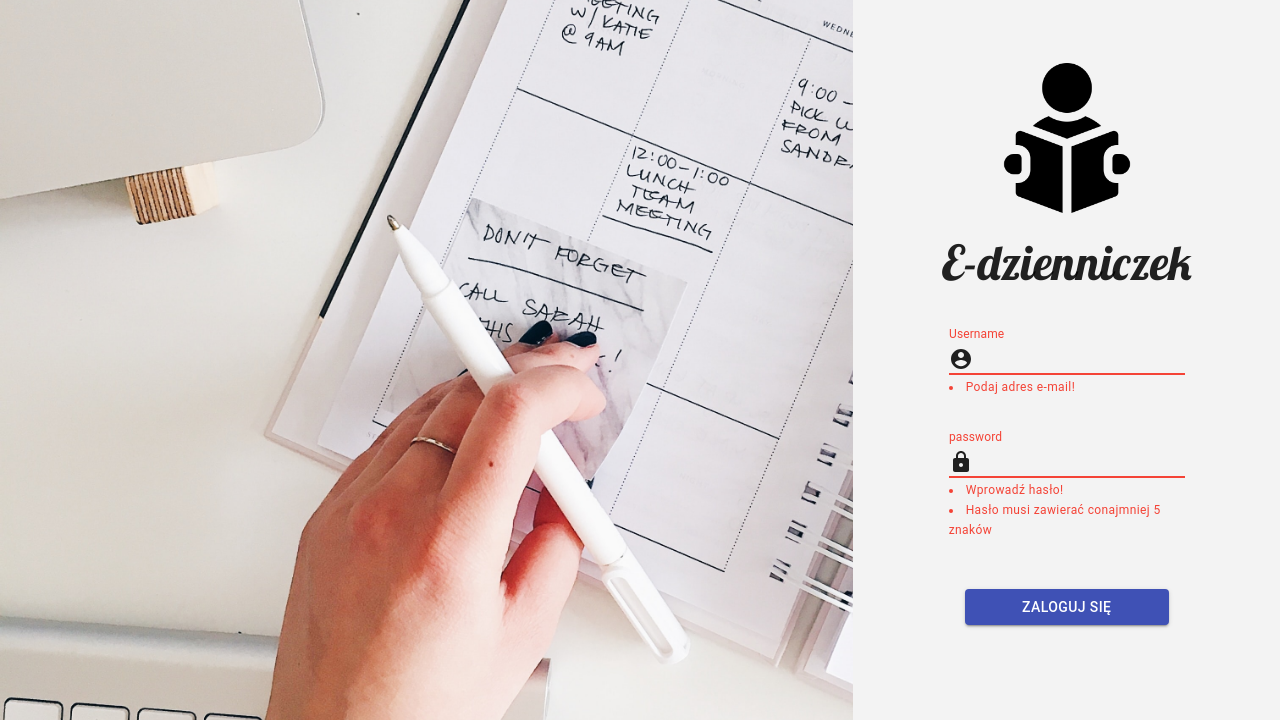
Repository: dominik3131/E-dzienniczek
Page: /, after clicking the first element matching `button.MuiButtonBase-root`
An editor plug-in stored every save of this project. The page is shown before and after the next save, followed by the edit.
The browser window is 1280 px wide. The pictures show the whole page.
The page's requests for data from a server got no answer. The project was rebuilt for these pictures with package versions that can differ from the ones it lists, and the page was loaded fresh each time. No one was signed in, and anything a server would have sent is missing.

Above is the page before, as saved 2020-11-17 16:02:42.

After the next save:
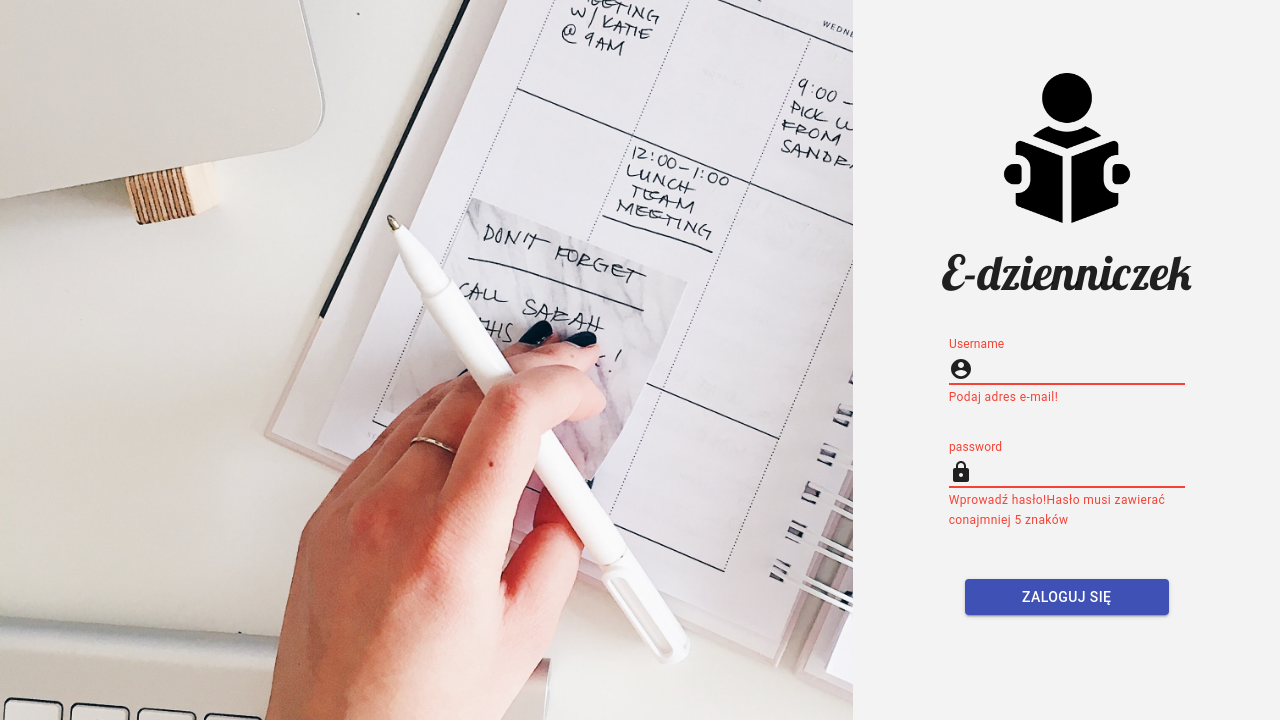
Saved 27 s later.
--- a/src/shared/withLogin.js
+++ b/src/shared/withLogin.js
@@ -27,7 +27,7 @@ export default (Cmp) => {
     };
 
     const showErrors = (field) => {
-      return errors[field].map((err) => <li>{err}</li>) || null;
+      return errors[field].map((err) => <span>{err}</span>) || null;
     };
 
     return (
